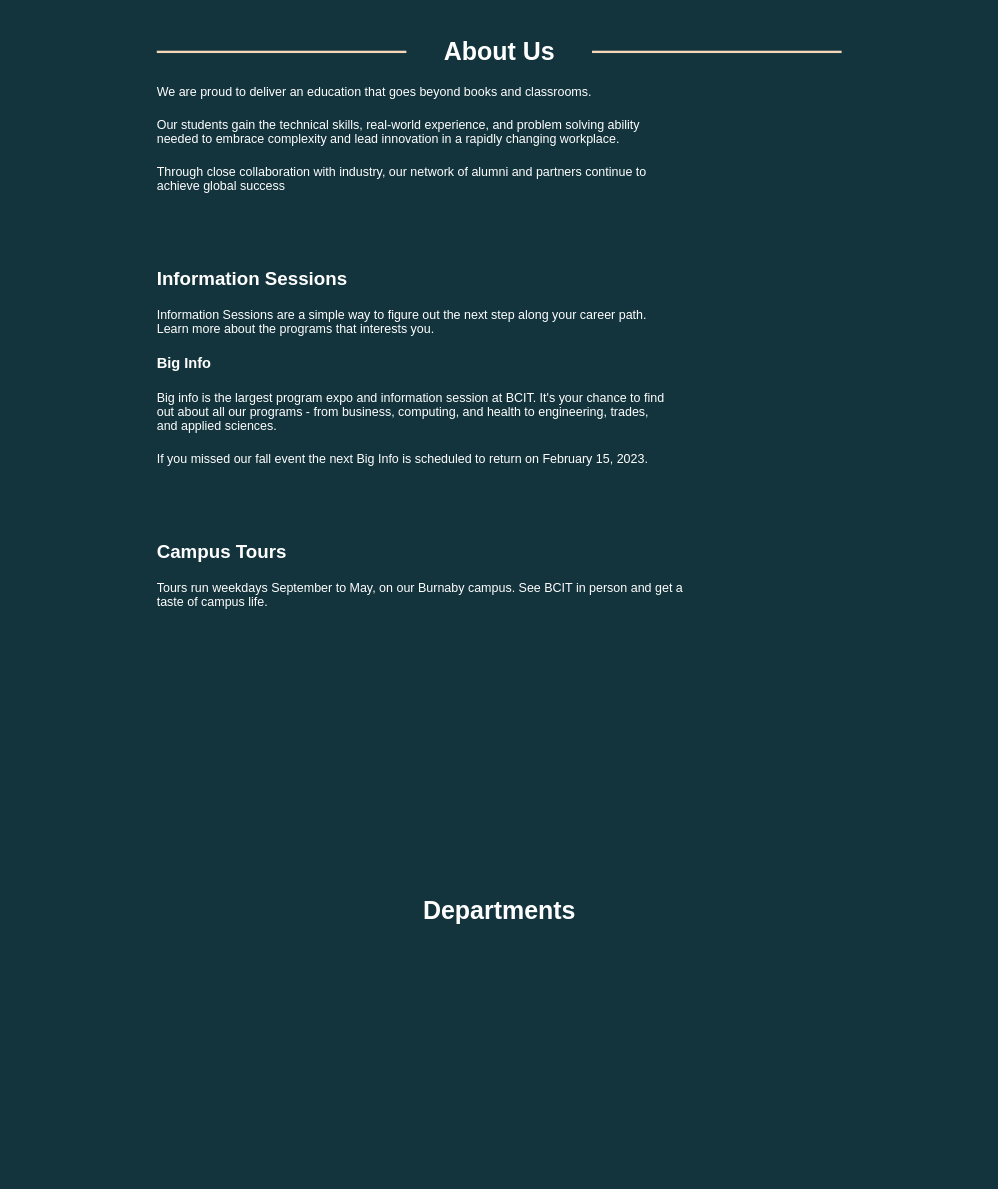
Repository: jennydmcm/assignment-1-playwright-site-A01338943
Page: /about
The author's editor kept a copy of each file at every save. The page is drawn from the files as they stood at one save, then again after the next save.
The browser window is 1280 px wide. The pictures show the whole page, at 78% of full size.
The project was rebuilt for these pictures with package versions that can differ from the ones it lists, and the page was loaded fresh each time. The framework's server and built-in components were replaced by stand-ins that run in the browser. Also part of the build but not shown: next.config.js.

Above is the page before, as saved 2023-02-08 13:33:39.

### pages/_app.js
import '../styles/globals.css'
import '../styles/variables.css'

function MyApp({ Component, pageProps }) {
  return <Component {...pageProps} />
}

export default MyApp

### pages/about.js
import Head from "next/head";
import Image from "next/image";
import { Inter } from "@next/font/google";
import styles from "@/styles/About.module.css";
const inter = Inter({ subsets: ["latin"] });

export default function Home() {
  return (
    <>
      <Head>
        <title>About Us</title>
        <meta name="description" content="Generated by create next app" />
        <meta name="viewport" content="width=device-width, initial-scale=1" />
        <meta name="author" content="MDIA 2109" />
        <meta property="og:title" content="Assignment #1 - About Us Page" />
        <meta
          property="og:description"
          content="BCIT Digital Design and Development Diploma"
        />
        <link rel="icon" href="/favicon.png" />
      </Head>
      <main className={styles.main}>
        <header>
          <div className={styles.about}>
            <div className={styles.header}>
              <hr className={styles.lines}></hr>
              <h1 className={styles.aboutTitle}>About Us</h1>
              <hr className={styles.lines}></hr>
            </div>
            <p className={styles.mainText}>
              We are proud to deliver an education that goes beyond books and
              classrooms.
            </p>
            <p className={styles.mainText}>
              Our students gain the technical skills, real-world experience, and
              problem solving ability <br></br>
              needed to embrace complexity and lead innovation in a rapidly
              changing workplace.
            </p>
            <p className={styles.mainText}>
              Through close collaboration with industry, our network of alumni
              and partners continue to <br></br>
              achieve global success
            </p>
          </div>
          <div className={styles.infosesh}>
            <h2>Information Sessions</h2>
            <p className={styles.mainText}>
              Information Sessions are a simple way to figure out the next step
              along your career path. <br></br>
              Learn more about the programs that interests you.
            </p>
            <h3 className={styles.bigInfo}>Big Info</h3>
            <p className={styles.mainText}>
              Big info is the largest program expo and information session at
              BCIT. It's your chance to find<br></br>
              out about all our programs - from business, computing, and health
              to engineering, trades,<br></br>
              and applied sciences.
            </p>
            <p className={styles.mainText}>
              If you missed our fall event the next Big Info is scheduled to
              return on February 15, 2023.
            </p>
          </div>

          <div className={styles.tours}>
            <h2>Campus Tours</h2>
            <p className={styles.mainText}>
              Tours run weekdays September to May, on our Burnaby campus. See
              BCIT in person and get a<br></br>
              taste of campus life.
            </p>
          </div>
          <div className={styles.dept}>
            <h1>Departments</h1>
          </div>
        </header>
        <a>
          <span>
            <img href="/upwardArrow.png"></img>
            <img href="downwardArrow.png"></img>
          </span>
        </a>
      </main>
    </>
  );
}

### styles/variables.css
:root{
    --primary-color: #fff;
    --secondary-color: #f4d6b9;
    --ternary-color: #14343d;
    --quaternary-color: #14343d;
    --quinary-color: rgba(16,46,53,0.5);

}

### styles/About.module.css
.main{
    background-color: var(--ternary-color);
    color: var(--primary-color);
    font-family: Arial, Helvetica, sans-serif;
    display: flex;
    flex-direction: column;
    align-items: center;
}
.about{
    display: flex;
    flex-direction: column;
    padding: 3rem;
    padding-bottom: 3rem;

}


.infosesh{
    display: flex;
    flex-direction: column;
    padding: 3rem;
    padding-bottom: 3rem;

}

.bigInfo{
    padding-top: 1.5rem;

}

.tours{
    display: flex;
    flex-direction: column;
    padding: 3rem;
    padding-bottom: 3rem;

}

.dept{
    display: flex;
    flex-direction: column;
    padding-top: 20rem;
    padding-bottom: 20rem;
    align-items: center;


}

.aboutTitle{
    display: flex;
    flex-direction: column;
    align-items: center;
    padding-left: 3rem;
    padding-right: 3rem;
}

.mainText{
    padding-top: 1.5rem;

}

.lines{
    border-top: none;
    border-bottom: 0.2rem solid var(--secondary-color);
    border-left: none;
    border-right: none;
    width: 20rem;
}
.header{
    display: flex;
    flex-direction: row;
    align-items: center;
}

Loaded but not shown: pages/_document.js (common file); styles/globals.css (common file)

After the next save:
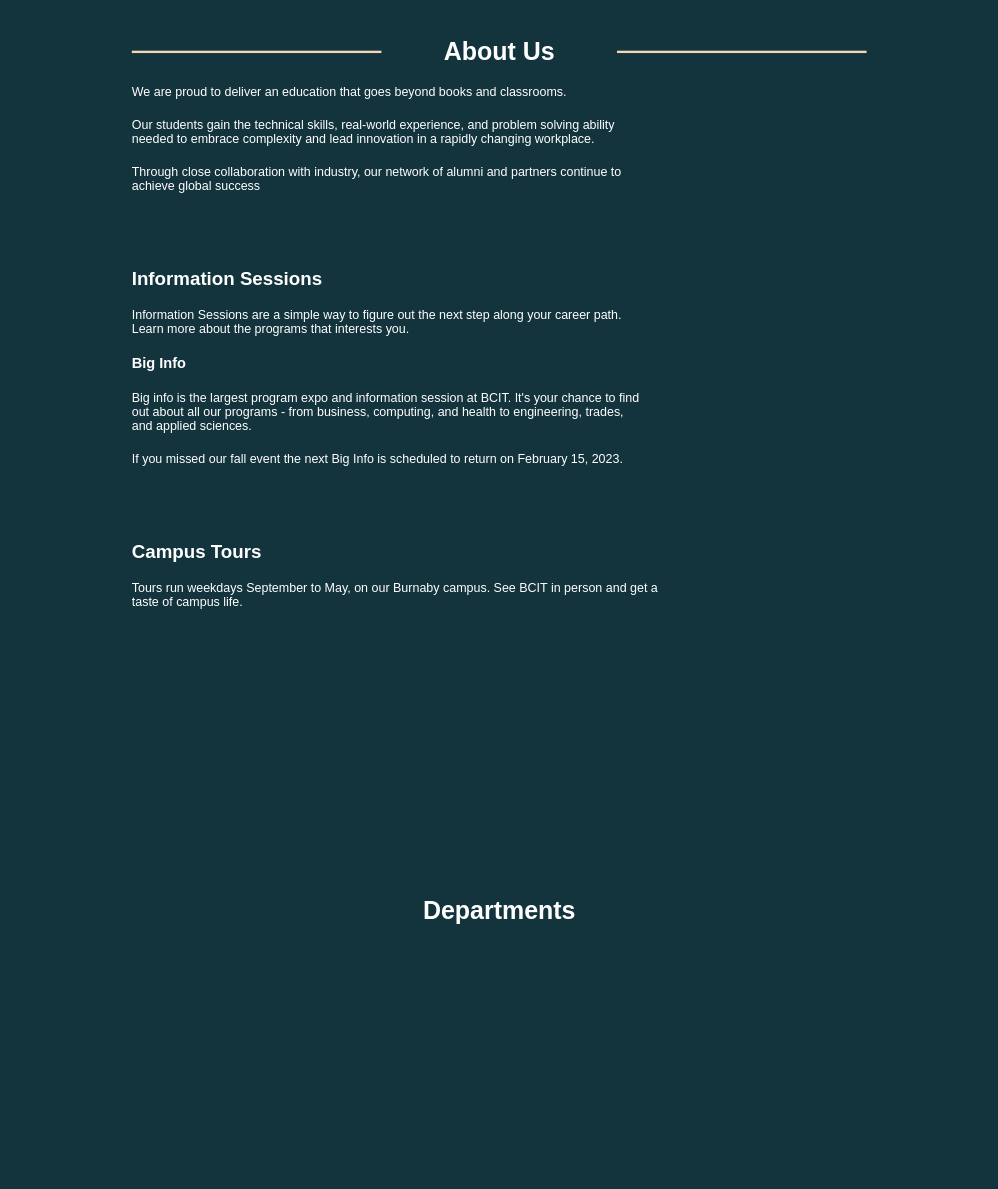
Saved 9 s later.
--- a/styles/About.module.css
+++ b/styles/About.module.css
@@ -50,8 +50,8 @@
     display: flex;
     flex-direction: column;
     align-items: center;
-    padding-left: 3rem;
-    padding-right: 3rem;
+    padding-left: 5rem;
+    padding-right: 5rem;
 }
 
 .mainText{
